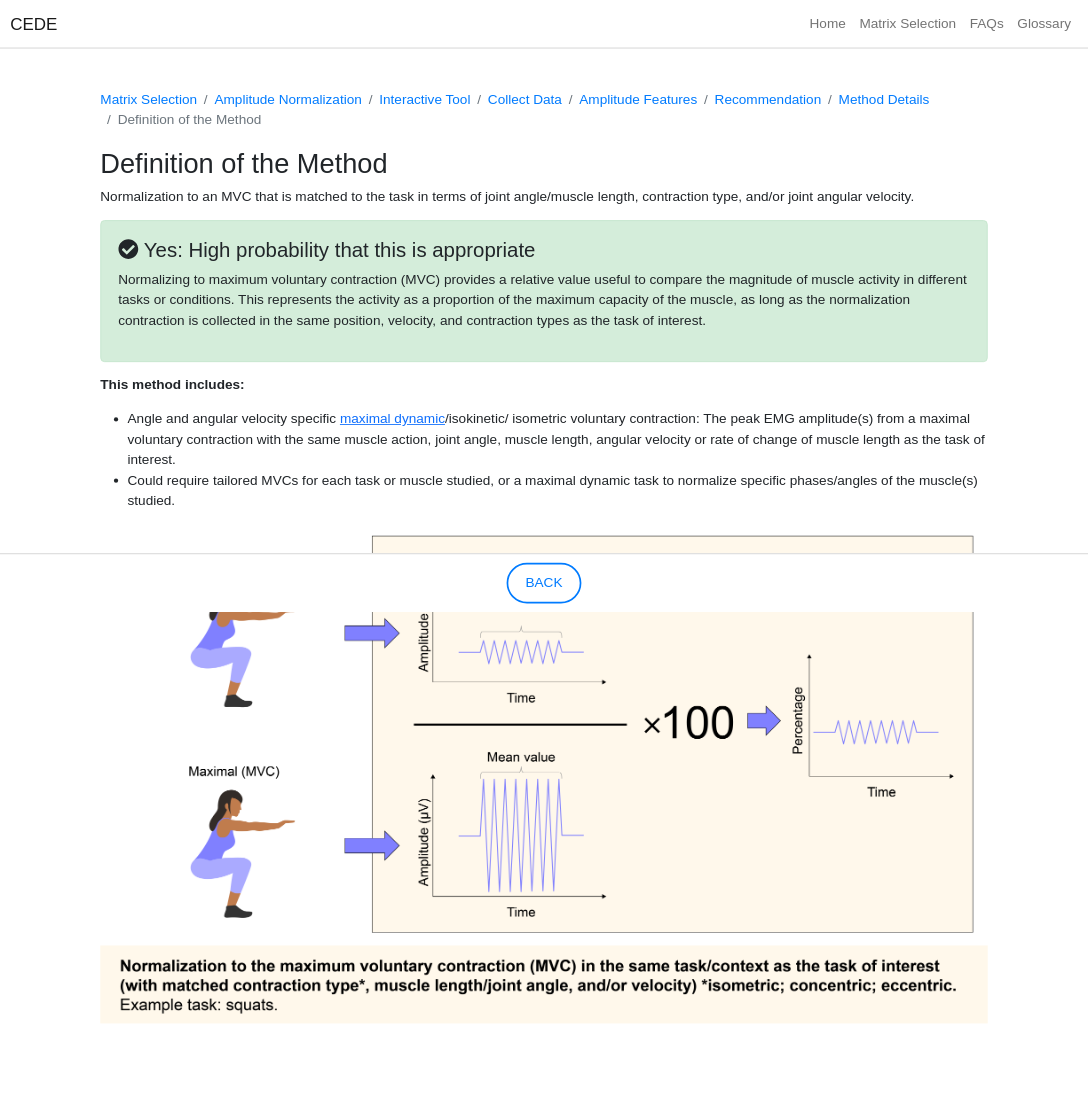
Repository: devashrisamani/CEDE-Website
Page: website/definition.html
An editor plug-in stored every save of this project. The page is shown before and after the next save, followed by the edit.
The browser window is 1280 px wide. The pictures show the whole page, at 85% of full size.
Some web libraries are served in a nearby version.

Above is the page before, as saved 2024-06-25 23:43:34.

### website/definition.html
<!DOCTYPE html>
<html lang="en">
  <head>
    <meta charset="UTF-8" />
    <meta name="viewport" content="width=device-width, initial-scale=1.0" />
    <title>Definition of the Method</title>
    <link
      href="https://cdn.jsdelivr.net/npm/bootstrap@5.1.3/dist/css/bootstrap.min.css"
      rel="stylesheet"
    />
    <style>
      body {
        font-family: Arial, sans-serif;
        margin: 0;
        padding: 0;
        background-color: white;
      }

      .navbar {
        border-bottom: 1px solid #cfcfcf;
      }

      .breadcrumb {
        background-color: white;
        margin-bottom: 20px;
      }

      .breadcrumb-item a {
        color: #007bff;
        text-decoration: none;
      }

      .breadcrumb-item a:hover {
        text-decoration: underline;
      }

      .header-title {
        margin-top: 20px;
        margin-bottom: 20px;
        text-align: left;
      }

      .recommendation-section {
        padding: 20px;
        border-radius: 5px;
        margin-bottom: 15px;
        text-align: left;
      }

      .high-probability {
        background-color: #d4edda;
        border: 1px solid #c3e6cb;
      }

      .btn-container-wrapper {
        display: flex;
        justify-content: center;
        width: 100%;
      }

      .btn-container {
        position: fixed;
        bottom: 0;
        width: 100%;
        background-color: white;
        padding: 10px 0;
        display: flex;
        justify-content: center;
        border-top: 1px solid #cfcfcf;
        z-index: 1000;
      }

      .btn-container .btn {
        padding: 10px 20px;
        font-size: 16px;
        border-radius: 30px;
        border: 2px solid #007bff;
        background-color: white;
        color: #007bff;
        text-transform: uppercase;
      }

      .btn-container .btn:hover {
        background-color: #e0e0e0;
        color: #007bff;
      }

      .container {
        padding-bottom: 80px; /* to ensure the content does not hide behind the fixed button */
      }

      .popup-box {
        display: none;
        position: fixed;
        z-index: 9999;
        top: 50%;
        left: 50%;
        transform: translate(-50%, -50%);
        width: 50%;
        max-width: 600px;
        background: white;
        border: 1px solid #ddd;
        border-radius: 10px;
        box-shadow: 0 2px 10px rgba(0, 0, 0, 0.1);
        overflow: hidden;
      }

      .popup-box .popup-content {
        padding: 20px;
        overflow-y: auto;
        max-height: 400px;
      }

      .popup-box .popup-header {
        display: flex;
        justify-content: space-between;
        align-items: center;
        padding: 10px 20px;
        border-bottom: 1px solid #ddd;
      }

      .popup-box .popup-header h4 {
        margin: 0;
      }

      .popup-box .popup-header .close-btn {
        background: none;
        border: none;
        font-size: 20px;
        cursor: pointer;
      }

      @media (max-width: 768px) {
        .popup-box {
          width: 90%;
          max-height: 90%;
        }
      }
    </style>
  </head>
  <body>
    <nav class="navbar navbar-expand-lg navbar-light bg-white">
      <div class="container-fluid">
        <a class="navbar-brand" href="index.html">CEDE</a>
        <button
          class="navbar-toggler"
          type="button"
          data-bs-toggle="collapse"
          data-bs-target="#navbarNavAltMarkup"
          aria-controls="navbarNavAltMarkup"
          aria-expanded="false"
          aria-label="Toggle navigation"
        >
          <span class="navbar-toggler-icon"></span>
        </button>
        <div
          class="collapse navbar-collapse justify-content-end"
          id="navbarNavAltMarkup"
        >
          <div class="navbar-nav">
            <a class="nav-link" href="index.html">Home</a>
            <a class="nav-link" href="">Matrix Selection</a>
            <a class="nav-link" href="faq.html">FAQs</a>
            <a class="nav-link" href="#">Glossary</a>
          </div>
        </div>
      </div>
    </nav>

    <!-- Main Content -->
    <div class="container mt-5 px-5">
      <nav aria-label="breadcrumb">
        <ol class="breadcrumb">
          <li class="breadcrumb-item">
            <a href="index.html">Matrix Selection</a>
          </li>
          <li class="breadcrumb-item">
            <a href="amplitude.html">Amplitude Normalization</a>
          </li>
          <li class="breadcrumb-item">
            <a href="inttool.html">Interactive Tool</a>
          </li>
          <li class="breadcrumb-item">
            <a href="collectdata.html">Collect Data</a>
          </li>
          <li class="breadcrumb-item">
            <a href="collectdata.html">Amplitude Features</a>
          </li>
          <li class="breadcrumb-item">
            <a href="recommendation.html">Recommendation</a>
          </li>
          <li class="breadcrumb-item">
            <a href="method.html">Method Details</a>
          </li>
          <li class="breadcrumb-item active" aria-current="page">
            Definition of the Method
          </li>
        </ol>
      </nav>

      <div class="header-title">
        <h2>Definition of the Method</h2>
        <p>
          Normalization to an MVC that is matched to the task in terms of joint
          angle/muscle length, contraction type, and/or joint angular velocity.
        </p>
        <div class="recommendation-section high-probability">
          <h4>
            <i class="fa fa-check-circle" aria-hidden="true"></i> Yes: High
            probability that this is appropriate
          </h4>
          <p>
            Normalizing to maximum voluntary contraction (MVC) provides a
            relative value useful to compare the magnitude of muscle activity in
            different tasks or conditions. This represents the activity as a
            proportion of the maximum capacity of the muscle, as long as the
            normalization contraction is collected in the same position,
            velocity, and contraction types as the task of interest.
          </p>
        </div>

        <div>
          <p><strong>This method includes:</strong></p>
          <ul>
            <li>
              Angle and angular velocity specific
              <a href="#" id="maximalDynamicLink">maximal dynamic</a
              >/isokinetic/ isometric voluntary contraction: The peak EMG
              amplitude(s) from a maximal voluntary contraction with the same
              muscle action, joint angle, muscle length, angular velocity or
              rate of change of muscle length as the task of interest.
            </li>
            <li>
              Could require tailored MVCs for each task or muscle studied, or a
              maximal dynamic task to normalize specific phases/angles of the
              muscle(s) studied.
            </li>
          </ul>

          <img
            src="/images/EMG.png"
            class="img-fluid"
            alt="Placeholder Image"
          />
        </div>
      </div>

      <div class="btn-container-wrapper">
        <div class="btn-container">
          <button class="btn" onclick="location.href='recommendation.html'">
            Back
          </button>
        </div>
      </div>
    </div>

    <!-- Popup Box -->
    <div id="popupBox" class="popup-box">
      <div class="popup-header">
        <h4>Maximal Dynamic</h4>
        <button class="close-btn" onclick="closePopup()">×</button>
      </div>
      <div class="popup-content">
        <p>
          This is the definition of the term and how to apply it. On desktop
          this box appears on hover. On mobile and tablet it appears on click as
          a full screen modal that requires the user to click an “x” in the top
          right corner to close it out. The size of this box is fixed and the
          user can scroll within it to see more text if the explanation is
          longer than the visible area. Clip content and show vertical scroll
          bar on right.
        </p>
      </div>
    </div>

    <script>
      document
        .getElementById("maximalDynamicLink")
        .addEventListener("click", function (event) {
          event.preventDefault();
          document.getElementById("popupBox").style.display = "block";
        });

      function closePopup() {
        document.getElementById("popupBox").style.display = "none";
      }
    </script>
    <script src="https://code.jquery.com/jquery-3.5.1.slim.min.js"></script>
    <script src="https://cdn.jsdelivr.net/npm/@popperjs/core@2.5.4/dist/umd/popper.min.js"></script>
    <script src="https://cdn.jsdelivr.net/npm/bootstrap@5.1.3/dist/js/bootstrap.bundle.min.js"></script>
    <script src="https://use.fontawesome.com/releases/v5.15.1/js/all.js"></script>
  </body>
</html>

After the next save:
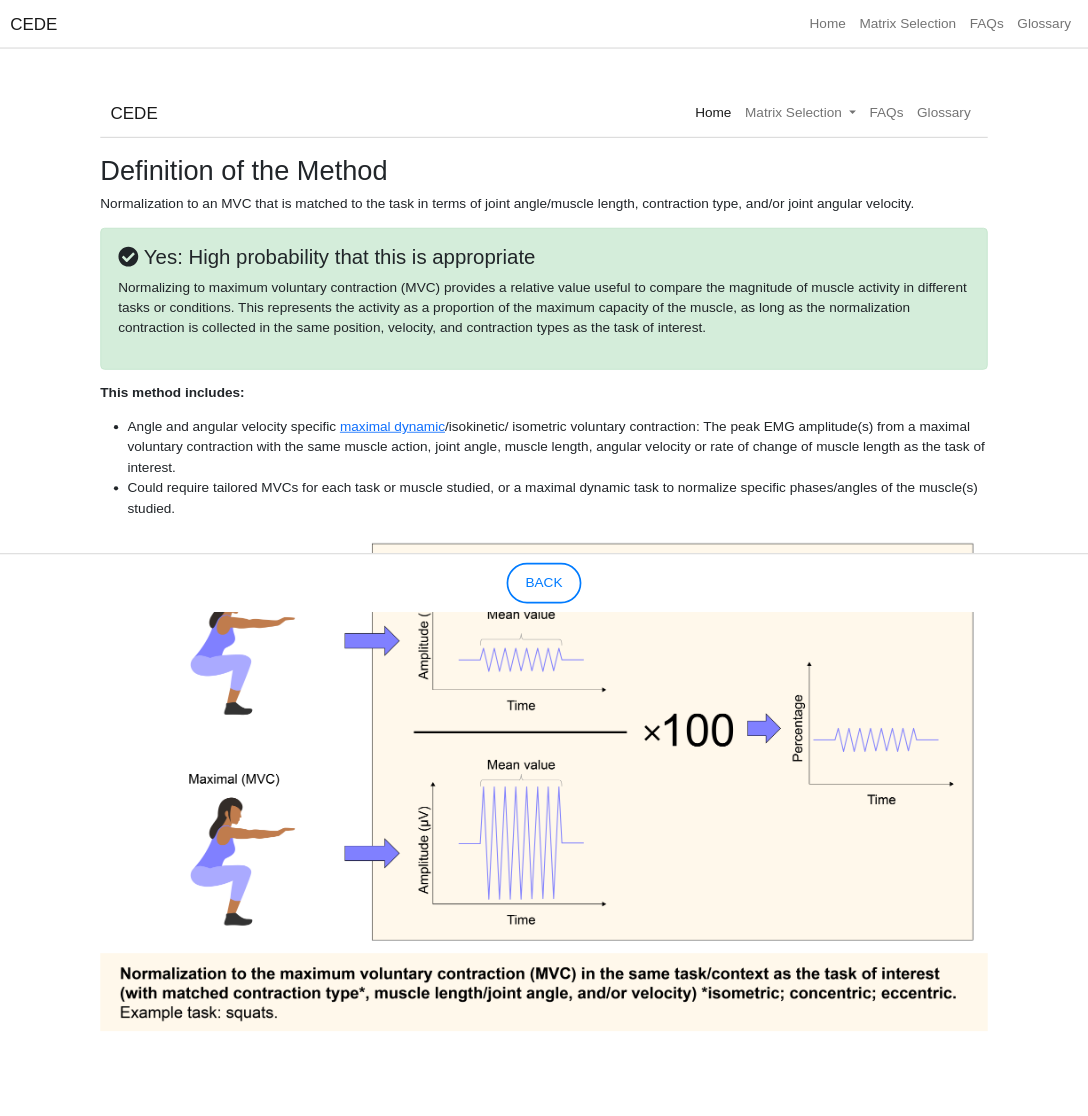
Saved 51 min 45 s later.
--- a/website/definition.html
+++ b/website/definition.html
@@ -169,35 +169,66 @@
 
     <!-- Main Content -->
     <div class="container mt-5 px-5">
-      <nav aria-label="breadcrumb">
-        <ol class="breadcrumb">
-          <li class="breadcrumb-item">
-            <a href="index.html">Matrix Selection</a>
-          </li>
-          <li class="breadcrumb-item">
-            <a href="amplitude.html">Amplitude Normalization</a>
-          </li>
-          <li class="breadcrumb-item">
-            <a href="inttool.html">Interactive Tool</a>
-          </li>
-          <li class="breadcrumb-item">
-            <a href="collectdata.html">Collect Data</a>
-          </li>
-          <li class="breadcrumb-item">
-            <a href="collectdata.html">Amplitude Features</a>
-          </li>
-          <li class="breadcrumb-item">
-            <a href="recommendation.html">Recommendation</a>
-          </li>
-          <li class="breadcrumb-item">
-            <a href="method.html">Method Details</a>
-          </li>
-          <li class="breadcrumb-item active" aria-current="page">
-            Definition of the Method
-          </li>
-        </ol>
+      <nav class="navbar navbar-expand-lg navbar-light bg-white">
+        <div class="container-fluid">
+          <a class="navbar-brand" href="#">CEDE</a>
+          <button
+            class="navbar-toggler"
+            type="button"
+            data-bs-toggle="collapse"
+            data-bs-target="#navbarNavAltMarkup"
+            aria-controls="navbarNavAltMarkup"
+            aria-expanded="false"
+            aria-label="Toggle navigation"
+          >
+            <span class="navbar-toggler-icon"></span>
+          </button>
+          <div
+            class="collapse navbar-collapse justify-content-end"
+            id="navbarNavAltMarkup"
+          >
+            <div class="navbar-nav">
+              <a class="nav-link active" href="index.html">Home</a>
+              <div class="nav-item dropdown">
+                <a
+                  class="nav-link dropdown-toggle"
+                  href="#"
+                  id="matrixSelectionDropdown"
+                  role="button"
+                  data-bs-toggle="dropdown"
+                  aria-expanded="false"
+                >
+                  Matrix Selection
+                </a>
+                <ul
+                  class="dropdown-menu"
+                  aria-labelledby="matrixSelectionDropdown"
+                >
+                  <li>
+                    <a class="dropdown-item" href="amplitude.html"
+                      >Amplitude Normalization</a
+                    >
+                  </li>
+                  <li>
+                    <a class="dropdown-item" href="#">Electrode Selection</a>
+                  </li>
+                  <li><a class="dropdown-item" href="#">Terminology</a></li>
+                  <li>
+                    <a class="dropdown-item" href="#"
+                      >High-density surface electromyograph</a
+                    >
+                  </li>
+                  <li>
+                    <a class="dropdown-item" href="#">Single Motor Unit</a>
+                  </li>
+                </ul>
+              </div>
+              <a class="nav-link" href="faq.html">FAQs</a>
+              <a class="nav-link" href="#">Glossary</a>
+            </div>
+          </div>
+        </div>
       </nav>
-
       <div class="header-title">
         <h2>Definition of the Method</h2>
         <p>

After the save that followed:
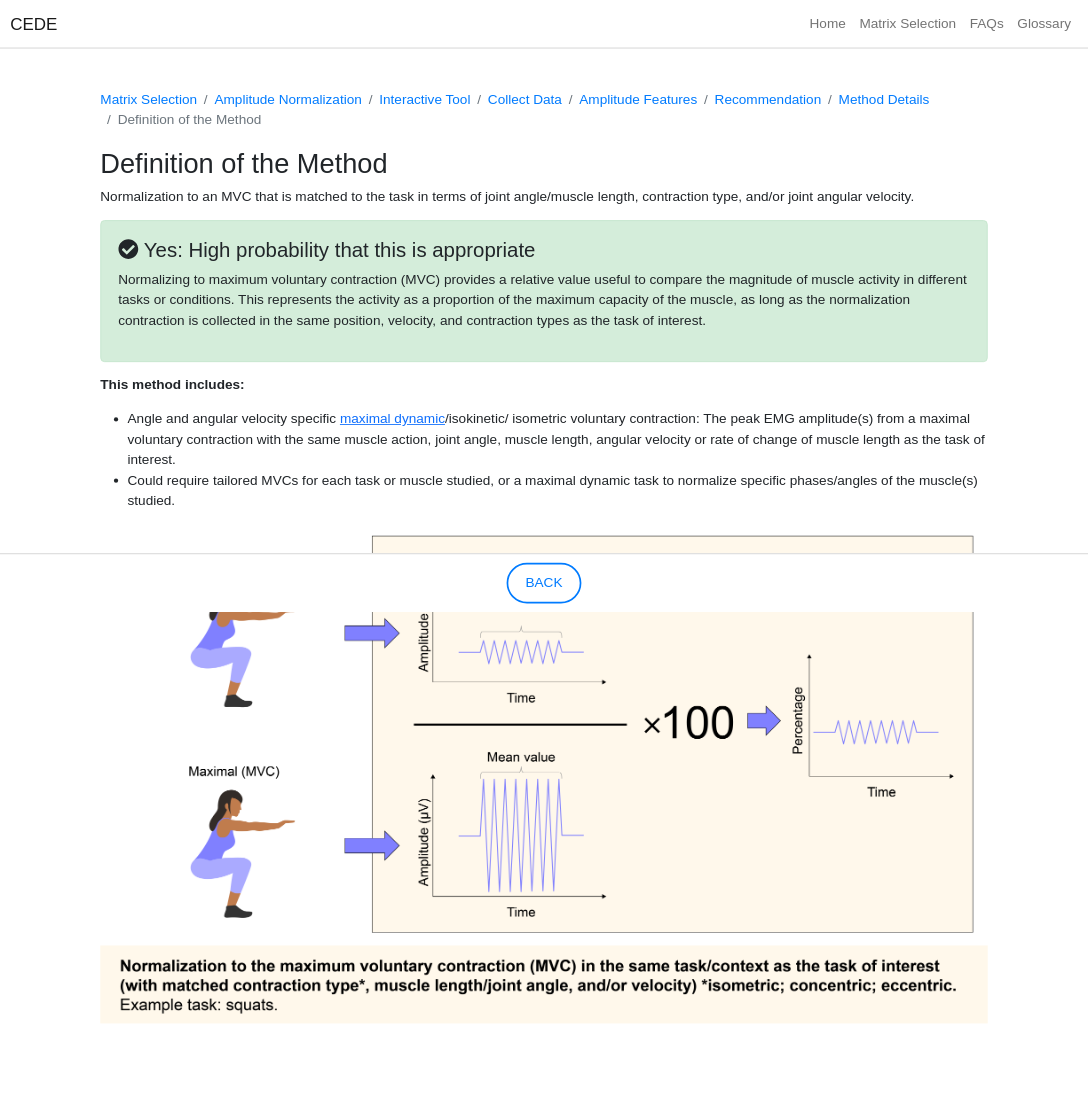
Saved 19 s later.
--- a/website/definition.html
+++ b/website/definition.html
@@ -169,66 +169,35 @@
 
     <!-- Main Content -->
     <div class="container mt-5 px-5">
-      <nav class="navbar navbar-expand-lg navbar-light bg-white">
-        <div class="container-fluid">
-          <a class="navbar-brand" href="#">CEDE</a>
-          <button
-            class="navbar-toggler"
-            type="button"
-            data-bs-toggle="collapse"
-            data-bs-target="#navbarNavAltMarkup"
-            aria-controls="navbarNavAltMarkup"
-            aria-expanded="false"
-            aria-label="Toggle navigation"
-          >
-            <span class="navbar-toggler-icon"></span>
-          </button>
-          <div
-            class="collapse navbar-collapse justify-content-end"
-            id="navbarNavAltMarkup"
-          >
-            <div class="navbar-nav">
-              <a class="nav-link active" href="index.html">Home</a>
-              <div class="nav-item dropdown">
-                <a
-                  class="nav-link dropdown-toggle"
-                  href="#"
-                  id="matrixSelectionDropdown"
-                  role="button"
-                  data-bs-toggle="dropdown"
-                  aria-expanded="false"
-                >
-                  Matrix Selection
-                </a>
-                <ul
-                  class="dropdown-menu"
-                  aria-labelledby="matrixSelectionDropdown"
-                >
-                  <li>
-                    <a class="dropdown-item" href="amplitude.html"
-                      >Amplitude Normalization</a
-                    >
-                  </li>
-                  <li>
-                    <a class="dropdown-item" href="#">Electrode Selection</a>
-                  </li>
-                  <li><a class="dropdown-item" href="#">Terminology</a></li>
-                  <li>
-                    <a class="dropdown-item" href="#"
-                      >High-density surface electromyograph</a
-                    >
-                  </li>
-                  <li>
-                    <a class="dropdown-item" href="#">Single Motor Unit</a>
-                  </li>
-                </ul>
-              </div>
-              <a class="nav-link" href="faq.html">FAQs</a>
-              <a class="nav-link" href="#">Glossary</a>
-            </div>
-          </div>
-        </div>
+      <nav aria-label="breadcrumb">
+        <ol class="breadcrumb">
+          <li class="breadcrumb-item">
+            <a href="index.html">Matrix Selection</a>
+          </li>
+          <li class="breadcrumb-item">
+            <a href="amplitude.html">Amplitude Normalization</a>
+          </li>
+          <li class="breadcrumb-item">
+            <a href="inttool.html">Interactive Tool</a>
+          </li>
+          <li class="breadcrumb-item">
+            <a href="collectdata.html">Collect Data</a>
+          </li>
+          <li class="breadcrumb-item">
+            <a href="collectdata.html">Amplitude Features</a>
+          </li>
+          <li class="breadcrumb-item">
+            <a href="recommendation.html">Recommendation</a>
+          </li>
+          <li class="breadcrumb-item">
+            <a href="method.html">Method Details</a>
+          </li>
+          <li class="breadcrumb-item active" aria-current="page">
+            Definition of the Method
+          </li>
+        </ol>
       </nav>
+
       <div class="header-title">
         <h2>Definition of the Method</h2>
         <p>
